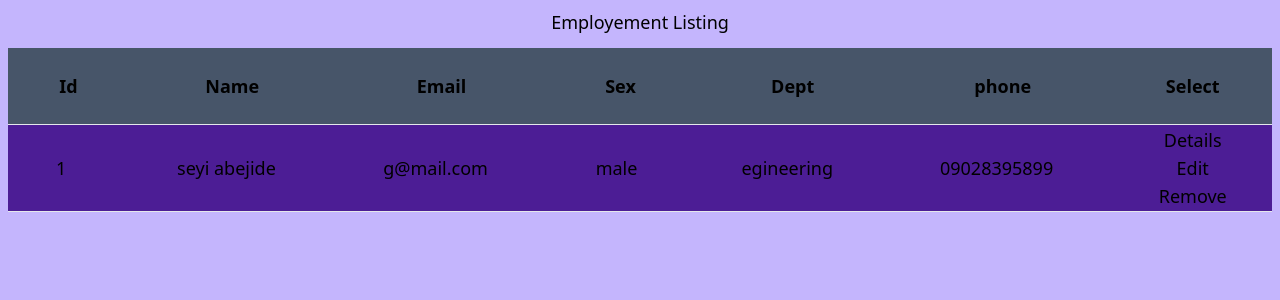
Repository: Semanmernstack/crud
Page: /
An editor plug-in stored every save of this project. The page is shown before and after the next save, followed by the edit.
The browser window is 1280 px wide. The pictures show the whole page.
The project was rebuilt for these pictures with package versions that can differ from the ones it lists, and the page was loaded fresh each time. Requests to the local data server were answered from the project's data file. Also part of the build but not shown: src/Details.js, src/Create.js, src/Edit.js.

Above is the page before, as saved 2022-12-24 01:08:03.

After the next save:
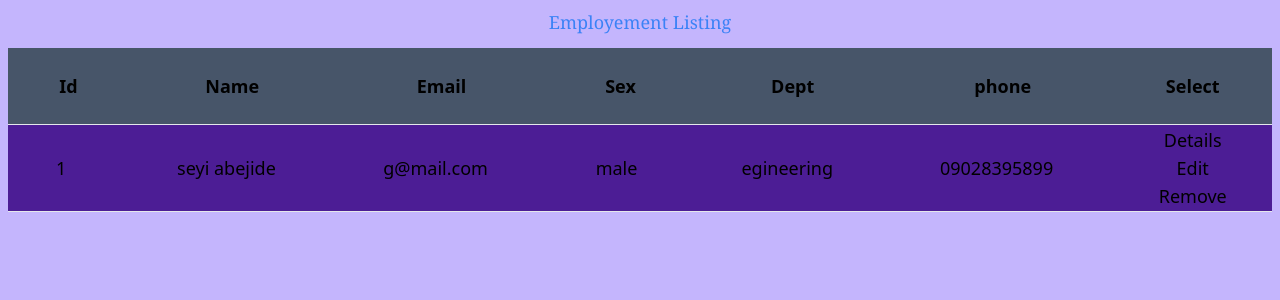
Saved 27 s later.
--- a/src/List.js
+++ b/src/List.js
@@ -17,7 +17,7 @@ function List() {
   return (
     <div className="overflow-x-hidden lg:max-w-7xl mx-auto  p-2 items-center bg-violet-300 h-screen   ">
 
-        <p className='text-centre justify-center flex mb-3 text-lg'> Employement Listing</p>
+        <p className='text-centre justify-center flex mb-3 text-lg text-blue-500 font-serif'> Employement Listing</p>
 
 
         <table className="  w-[100%] bg-violet-900 text-sm md:text-sm lg:text-lg   " >
